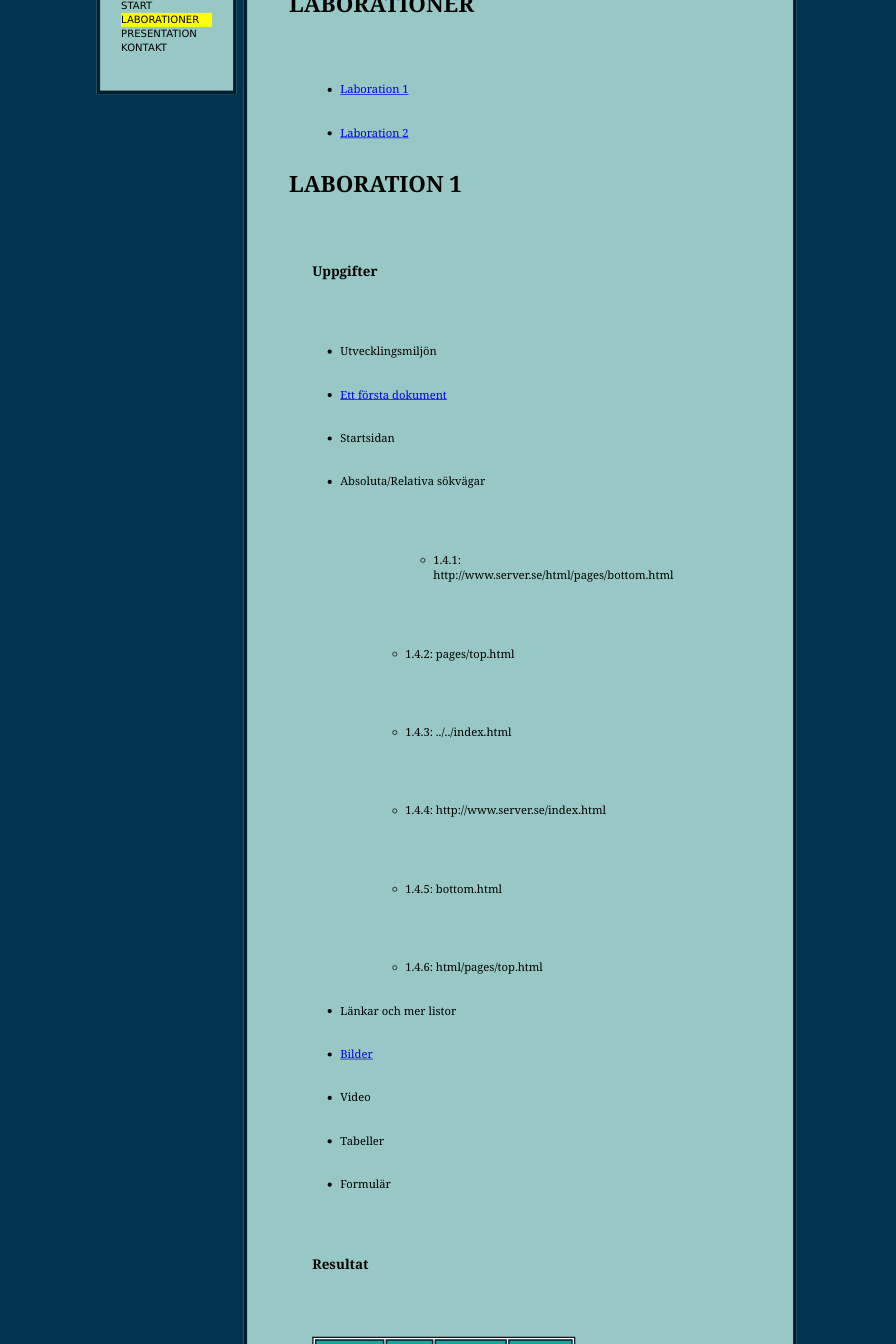
Repository: ml223nw/1ik415-laborationer
Page: pages/laborationer.html
The author's editor kept a record of every edit. The page is drawn from the files as they stood at one moment, then again after the next edit.
The browser window is 1280 px wide. The pictures show the part of the page from y = 379 to 2299 px (the page is 2867 px tall before and 2901 px after), at 70% of full size.

Above is the page before.

After the next edit:
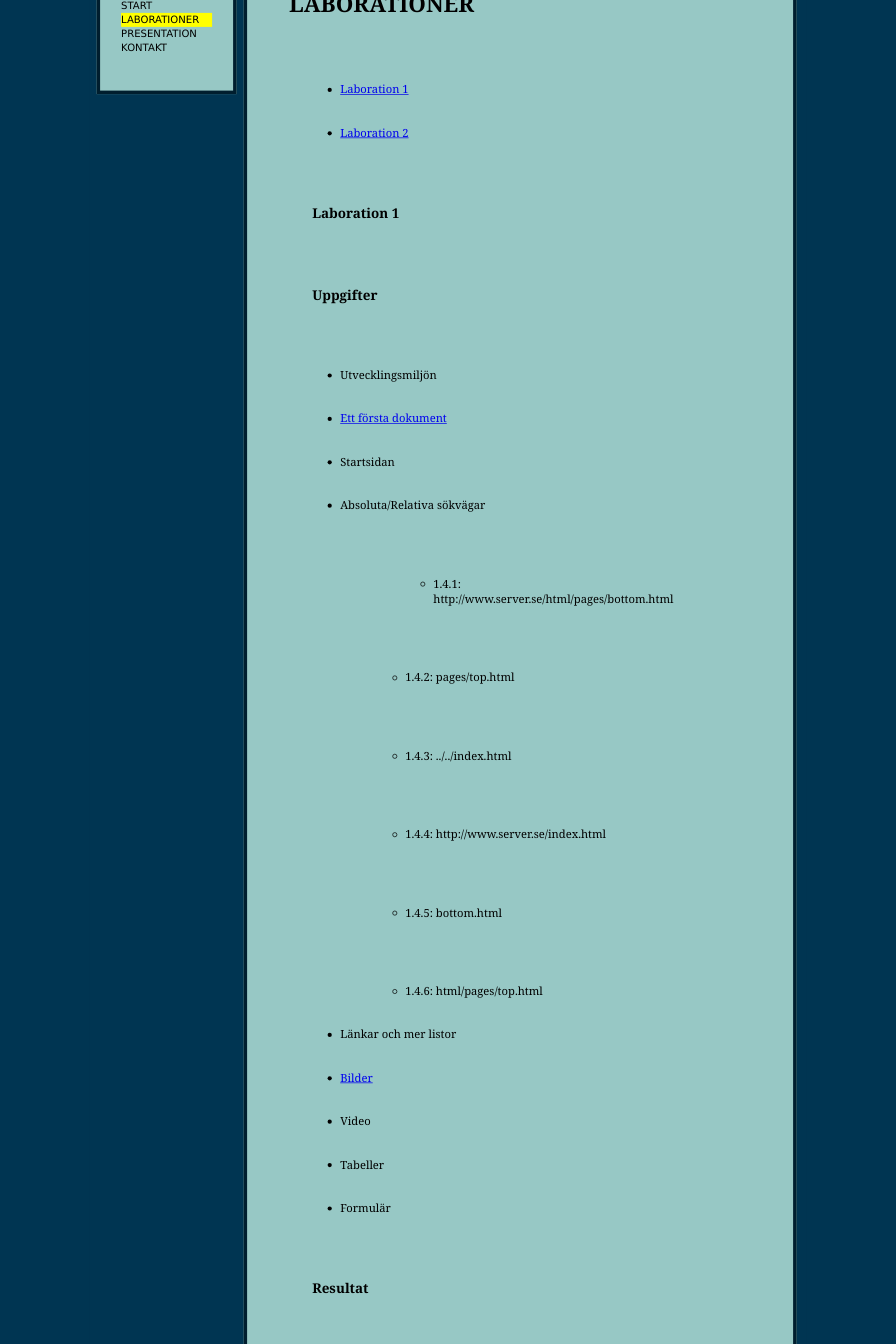
The edit:
--- a/pages/laborationer.html
+++ b/pages/laborationer.html
@@ -28,7 +28,7 @@
             <li><a href="https://coursepress.lnu.se/kurs/webbteknisk-introduktion/laborationer/l02-en-stiligare-portal/">Laboration 2</a></li>
     </ul>
 
-        <h2>Laboration 1</h2>
+        <h3>Laboration 1</h3>
 
         <h3>Uppgifter</h3>
 
